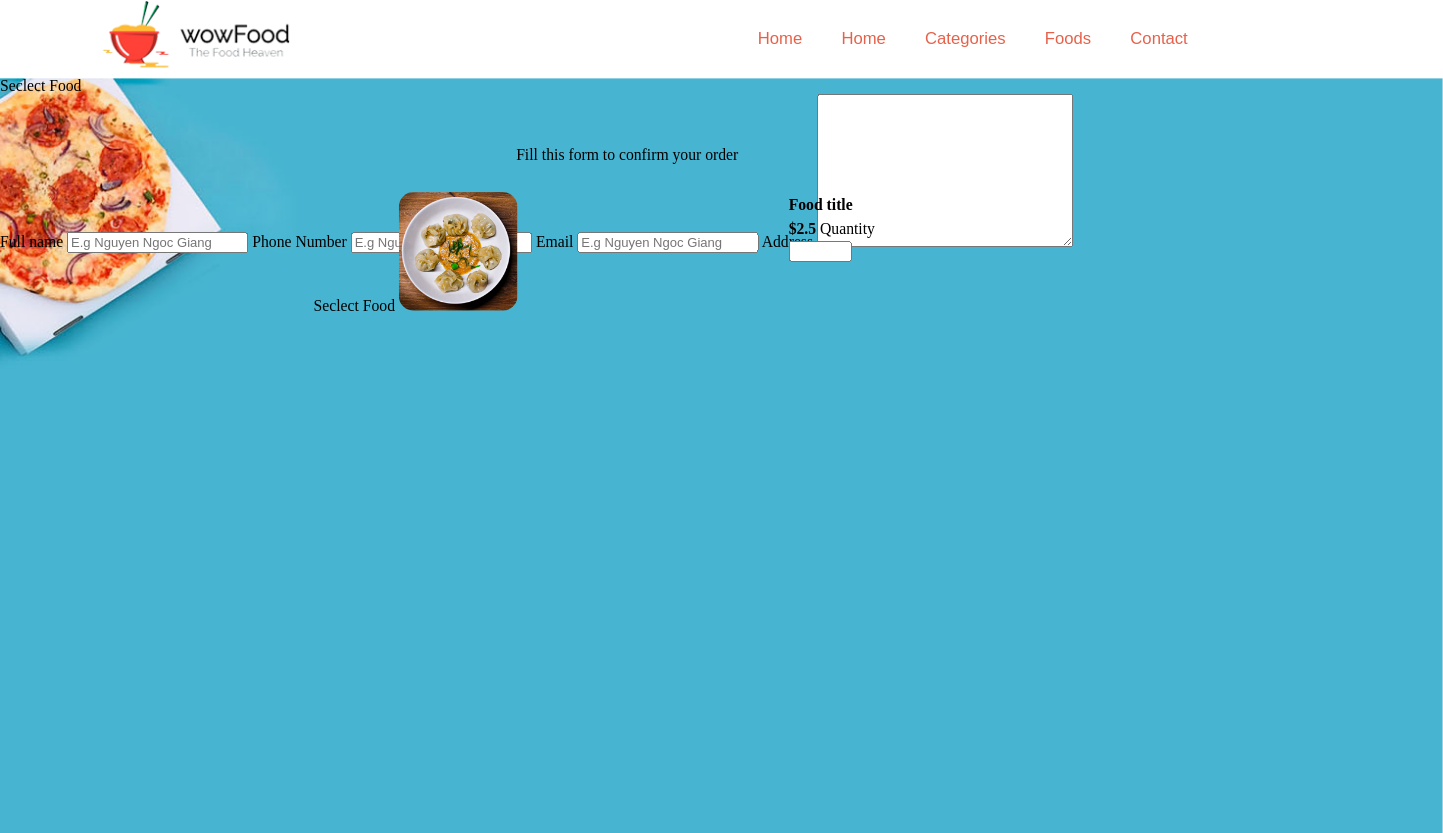
Repository: ruaruababa/WowFood
Page: order.html
These files come from the project's save history. The page is drawn as it stood at one moment and after the next save; the edit follows.
The browser window is 1280 px wide. The page is 1472 px wide, so the pictures cover 1472 px, including what lies to the right of the window. The pictures show the whole page, at 98% of full size.

Above is the page before, as saved 2021-09-19 22:08:47.

### order.html
<!DOCTYPE html>
<html lang="en">

<head>
    <meta charset="UTF-8">
    <meta http-equiv="X-UA-Compatible" content="IE=edge">
    <meta name="viewport" content="width=device-width, initial-scale=1.0">
    <title>Order Food</title>
    <link rel="stylesheet" href="./style.css">
    <link rel="stylesheet" href="./reset.css">
    <link rel="stylesheet" href="./order.css">
</head>

<body>
    <nav>
        <input type="checkbox" id="check" />
        <label for="check" class="checkbtn">
            <i class="fas fa-bars"></i>
        </label>
        <label class="logo">
            <img src="./img/logo.png" alt="" class="img-logo" />
        </label>
        <ul class="navbar">
            <li><a class="active" href="#">Home</a></li>
            <li><a href="#">Home</a></li>
            <li><a href="#">Categories</a></li>
            <li><a href="#">Foods</a></li>
            <li><a href="#">Contact</a></li>
        </ul>
    </nav>
    <section id=section-order>
        <img src="./bgorder.jpg" alt="" class="bgr" style="position: absolute; z-index: -1;">
        <div class="container-order">
            <form action="">
                <h3 class="title-order">Fill this form to confirm your order</h3>
                <label for="" class="seclect">Seclect Food</label>
                <div class="container-seclect-food">
                    <div class="img-food">
                        <label for="" class="seclect">Seclect Food</label>
                        <img src="./img/menu-momo.jpg" alt="" class="bgr-item" />
                    </div>
                    <div class="content-food">
                        <h6 class="title-item">Food title</h6>
                        <span class="price-item">$2.5</span>
                        <label for="" class="quantity">Quantity</label>
                        <input type="number" min="1" max="100">
                    </div>
                </div>
                <div class="container-delivery-title">
                    <lable class="full-name">Full name</lable>
                    <input type="text" placeholder="E.g Nguyen Ngoc Giang">
                    <lable class="phone-number">Phone Number</lable>
                    <input type="text" placeholder="E.g Nguyen Ngoc Giang">
                    <lable class="email">Email</lable>
                    <input type="text" placeholder="E.g Nguyen Ngoc Giang">
                    <lable class="Address">Address</lable>
                    <textarea name="address" id="" cols="30" rows="10"></textarea>


                </div>
            </form>
        </div>
    </section>
</body>

</html>

### style.css

li {
  text-decoration: none;
}

a {
  text-decoration: none;
}

nav {
  height: 80px;
  width: 100%;
}

label.logo {
  padding: 0 100px;
}

nav ul {
  float: right;
  margin-right: 50px;
}

nav ul li {
  display: inline-block;
  line-height: 80px;
  margin: 0 5px;
  font-family: "Poppins", sans-serif;
}

nav ul li a {
  color: #e7614a;
  font-size: 17px;
  padding: 7px 13px;
  border-radius: 3px;
}

.checkbtn {
  font-size: 30px;
  color: white;
  float: right;
  line-height: 80px;
  margin-right: 40px;
  cursor: pointer;
  display: none;
}

#check {
  display: none;
}

ul:hover li {
  filter: blur(3px);
  opacity: 0.5;
  transform: scale(0.98);
  box-shadow: none;
}

ul:hover li:hover {
  transform: scale(1.1);
  filter: blur(0px);
  opacity: 1;
  box-shadow: 0 8px 20px 0px rgba(0, 0, 0, 0.125);
}

.container-section-search {
  position: relative;
  text-align: center;
  margin-top: 15px;
}

.background-search {
  height: 250px;
}

.background-search img {
  height: inherit;
  width: 100%;
  object-fit: cover;
}

.form {
  width: 100%;
  position: absolute;
  top: 50%;
  left: 50%;
  transform: translate(-50%, -50%);
  height: 22px;
}

.input-search {
  width: 35%;
  height: inherit;
}

.btn-search {
  background-color: rgba(250, 59, 59, 0.849);
  border: none;
  border-radius: 5px;
  font-size: 14px;
  color: white;
  cursor: pointer;
  padding: 3px;
}

#section-collection {
  position: relative;
}

.container-section-collection {
  height: max-content;
}

.explore-food {
  padding-top: 70px;
  text-align: center;
  font-size: 24px;
  font-family: "Poppins", sans-serif;
}

.collection-food {
  width: 100%;
}

.list-food {
  margin-top: 50px;
  display: flex;
  justify-content: center;
  column-gap: 50px;
}

.list-food li {
  width: 330px;
  height: 400px;
  transition: 0.2s all;
}

.list-food li:hover {
  transform: scale(0.95);
}

.list-food li img {
  width: 100%;
  height: 100%;
  object-fit: cover;
  border-radius: 10px;
}

.list-food li span {
  font-family: "Poppins", sans-serif;
  display: block;
  font-size: 20px;
  text-align: center;
  color: #ffffff;
  margin-top: -50px;
}

article {
  background-color: #ececec;
}

.title-food-menu {
  padding-top: 70px;
  font-size: 24px;
  text-align: center;
  font-family: "Poppins", sans-serif;
}

.container-menu {
  padding-top: 50px;
  display: grid;
  grid-gap: 20px;
  grid-template-columns: repeat(auto-fit, minmax(550px, 1fr));
  grid-auto-rows: 180px;
  justify-items: center;
  font-family: "Poppins", sans-serif;
}

.container-item:nth-child(odd) {
  justify-self: end;
}

.container-item:nth-child(even) {
  justify-self: start;
}

.container-item {
  background-color: #ffffff;
  display: flex;
  align-items: center;
  border-radius: 15px;
}

.container-item img {
  width: 25%;
  height: 70%;
  object-fit: cover;
  border-radius: 15px;
  margin: 0 28px;
}

.container-item .item-content {
  width: 100%;
  height: 70%;
  object-fit: cover;
  border-radius: 15px;
  margin: 0 28px;
}

.item-content {
  display: inline-block;
}

.title-item {
  font-size: 16px;
  font-weight: bold;
  line-height: 25px;
}

.price-item {
  line-height: 25px;
  font-weight: bold;
}

.des-item {
  font-size: 14px;
  line-height: 20px;
  color: #747d9c;
}

.oder-item {
  text-decoration: none;
  background-color: #f56b81;
  color: white;
  border-radius: 5px;
  padding: 3px;
  display: inline-block;
}

.footer-food-menu {
  margin-top: 30px;
}

.see-all-foods {
  display: block;
  text-align: center;
  text-decoration: none;
  color: #f56b81;
  padding-bottom: 50px;
  font-family: "Poppins", sans-serif;
  transition: 0.2s all;
}

.see-all-foods:hover {
  text-decoration: underline;
  transform: scale(1.1);
}

.social-network-icon {
  display: flex;
  justify-content: center;
  margin-top: 30px;
}

.icon-insta {
  margin: 0 30px;
}

.license {
  margin-top: 40px;
  margin-bottom: 30px;
  font-family: "Poppins", sans-serif;
}

.license p {
  text-align: center;
}

.license p a {
  text-decoration: none;
  color: #e7614a;
}

@media (max-width: 952px) {
  label.logo {
    padding-left: 50px;
  }

  nav ul li a {
    font-size: 16px;
  }

  .container-item:nth-child(odd) {
    justify-self: center;
  }

  .container-item:nth-child(even) {
    justify-self: center;
  }
}

@media (max-width: 858px) {
  i {
    color: black;
  }

  .checkbtn {
    display: block;
  }

  .navbar {
    position: fixed;
    width: 100%;
    height: 250px;
    left: -100%;
    text-align: center;
    transition: all 0.5s;
    z-index: 2;
    background-color: #ffffff;
  }

  nav ul li {
    display: block;
    margin: 10px 0;
    line-height: 30px;
  }

  nav ul li a {
    font-size: 20px;
  }

  #check:checked ~ ul {
    left: 0;
  }

  .container-section-collection {
    height: max-content;
  }
}

section {
  position: relative;
}
@media (max-width: 858px) {
   .container-menu {
    padding-top: 50px;
    display: grid;
    grid-gap: 20px;
    grid-template-columns: repeat(auto-fit, minmax(550px, 1fr));
    grid-auto-rows: 180px;
    justify-items: center;
    font-family: "Poppins", sans-serif;
  }
}

@media (max-width: 414px) {
  label img {
    margin-left: -50px;
  }
  i.fa-bars {
    margin-right: -20px;
  }
  .navbar {
    position: fixed;
    width: 414px;
    height: 250px;
    left: -100%;
    text-align: center;
    transition: all 0.5s;
    z-index: 2;
    background-color: #ffffff;
  }

  nav ul li {
    display: block;
    margin: 10px 0;
    line-height: 30px;
  }

  nav ul li a {
    font-size: 20px;
  }

  #check:checked ~ ul {
    left: 0;
  }
  .list-food {
    display: flex;
    flex-direction: column;
    gap: 15px;
  }

  .item {
    align-self: center;
  }

  .container-menu {
    padding-top: 50px;
    display: grid;
    grid-gap: 20px;
    grid-template-columns: repeat(auto-fit, minmax(375px, 1fr));
    grid-auto-rows: 180px;
    justify-items: center;
    font-family: "Poppins", sans-serif;
  }
}

@media (max-width: 375px) {
  label img {
    margin-left: -50px;
  }
  i.fa-bars {
    margin-right: -20px;
  }
  .navbar {
    position: fixed;
    width: 375px;
    height: 250px;
    left: -100%;
    text-align: center;
    transition: all 0.5s;
    z-index: 2;
    background-color: #ffffff;
  }

  nav ul li {
    display: block;
    margin: 10px 0;
    line-height: 30px;
  }

  nav ul li a {
    font-size: 20px;
  }

  #check:checked ~ ul {
    left: 0;
  }

  .list-food {
    display: flex;
    flex-direction: column;
    gap: 15px;
  }

  .item {
    align-self: center;
  }

  .container-menu {
    padding-top: 50px;
    display: grid;
    grid-gap: 20px;
    grid-template-columns: repeat(auto-fit, minmax(375px, 1fr));
    grid-auto-rows: 180px;
    justify-items: center;
    font-family: "Poppins", sans-serif;
  }
  @media (max-width: 320px) {
  label img {
    margin-top: -70px;
    margin-left: -50px;
    padding-bottom: 10px;
  }
  i.fa-bars {
    margin-right: -20px;
    padding-top: 20px;
  }
  .navbar {
    position: fixed;
    width: 320px;
    height: 250px;
    left: -100%;
    text-align: center;
    transition: all 0.5s;
    z-index: 2;
    background-color: #ffffff;
    margin-top: -5px;
  }

  nav ul li {
    display: block;
    margin: 10px 0;
    line-height: 30px;
  }

  nav ul li a {
    font-size: 20px;
  }

  #check:checked ~ ul {
    left: 0;
  }

  .list-food {
    display: flex;
    flex-direction: column;
    gap: 15px;
  }

  .item {
    align-self: center;
  }

  .container-menu {
    padding-top: 50px;
    display: grid;
    grid-gap: 20px;
    grid-template-columns: repeat(auto-fit, minmax(319px, 1fr));
    grid-auto-rows: 180px;
    justify-items: center;
    font-family: "Poppins", sans-serif;
  }
}

/* article{
  position: relative;
  top: 200px;
} */

### order.css
.container-order{
    position: relative;
}
.title-order{
    position: absolute;
    left: 50%;
    transform: translateX(-50%);
    padding-top: 70px;
}
.container-seclect-food{
    display: flex;
    position: absolute;
    left: 50%;
    transform: translateX(-50%);
    margin-top: 100px;
    align-self: center;
    justify-content: center;
}
.img-food img{
    width: 25%;
    border-radius: 15px;
}

Loaded but not shown: reset.css (common file)

After the next save:
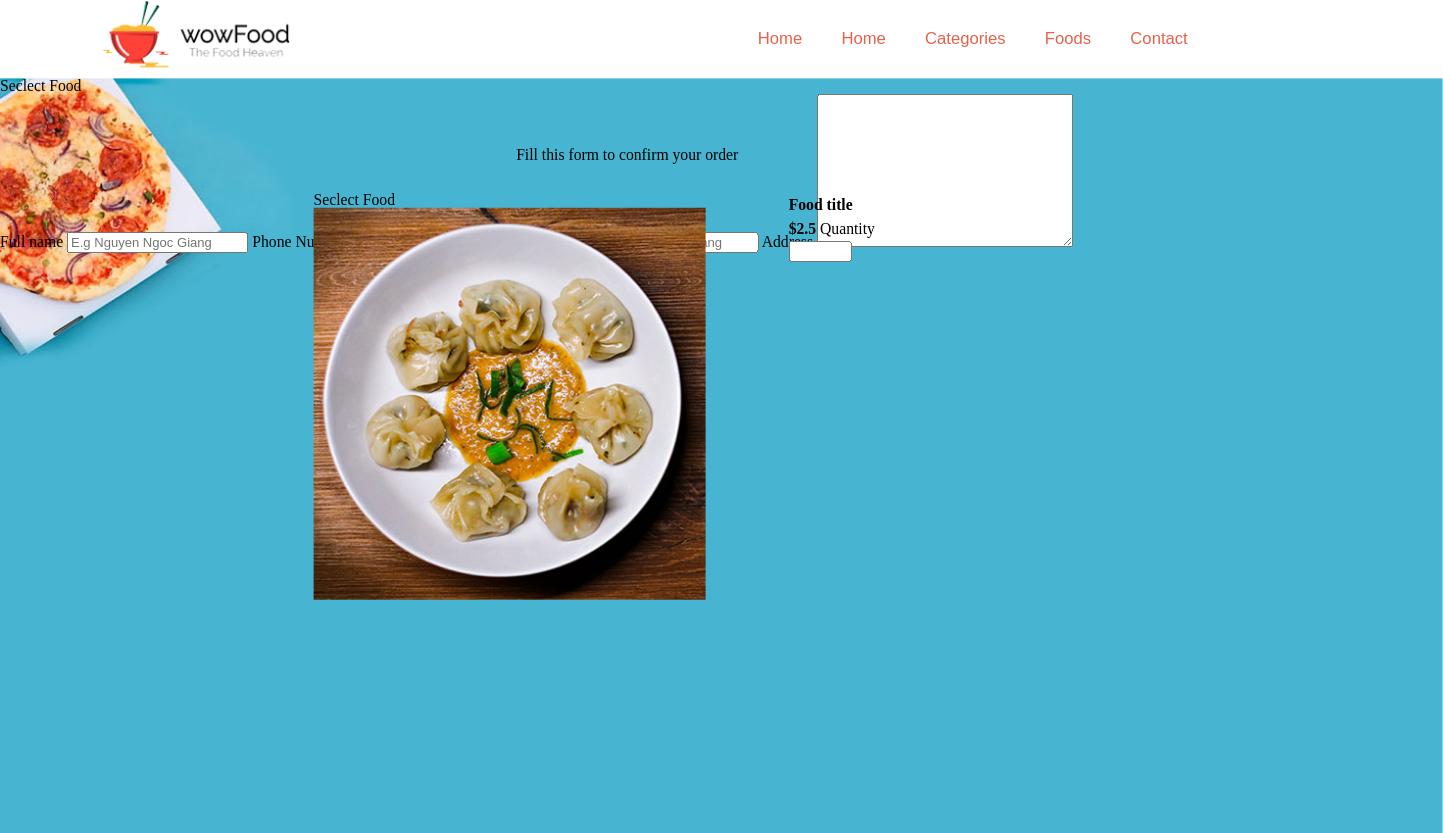
Saved 25 s later.
--- a/order.css
+++ b/order.css
@@ -16,6 +16,7 @@
     align-self: center;
     justify-content: center;
 }
+.img
 .img-food img{
     width: 25%;
     border-radius: 15px;

After the 3 saves that followed:
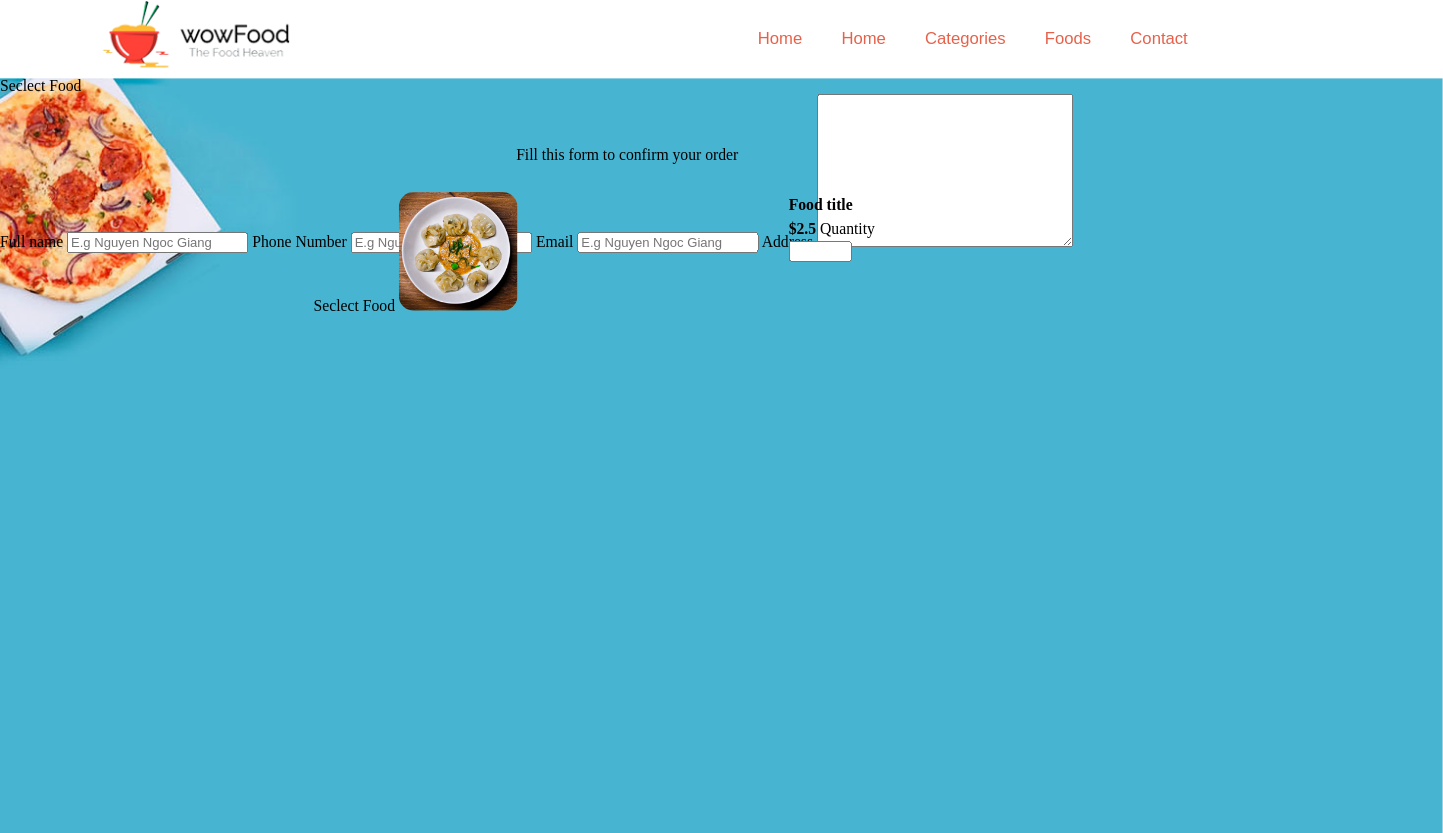
The 3 saves are shown as one change because they came seconds apart.
The last was saved 8 s later.
--- a/order.css
+++ b/order.css
@@ -16,7 +16,9 @@
     align-self: center;
     justify-content: center;
 }
-.img
+.img-food{
+    display: inline-block;
+}
 .img-food img{
     width: 25%;
     border-radius: 15px;
